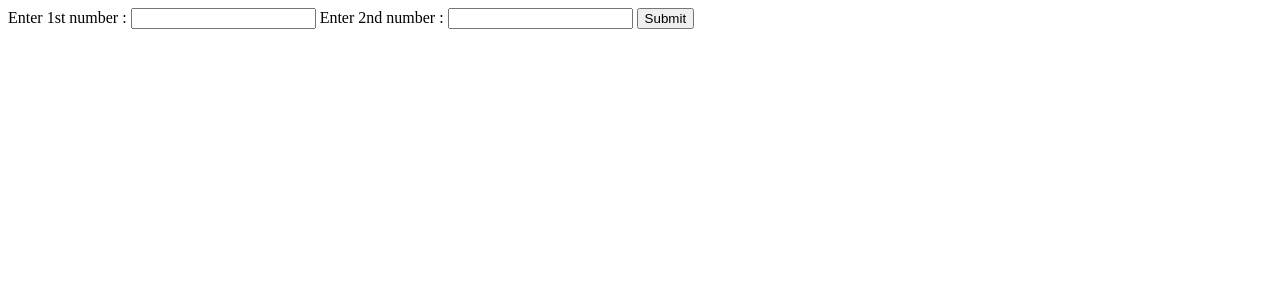
Repository: kparate446/WebApplication
Page: Demo/WebContent/index.html
The author's editor kept a copy of each file at every save. The page is drawn from the files as they stood at one save, then again after the next save.
The browser window is 1280 px wide. The pictures show the whole page.

Above is the page before, as saved 2020-02-13 08:46:53.

After the next save:
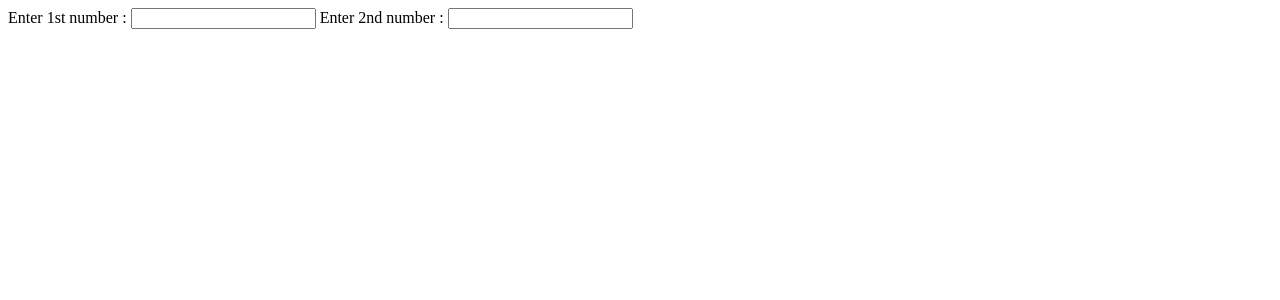
Saved 3 min 29 s later.
--- a/Demo/WebContent/index.html
+++ b/Demo/WebContent/index.html
@@ -7,6 +7,5 @@
 	<form action="">
 		Enter 1st number : <input type="text" name="num1">
 		Enter 2nd number : <input type="text" name="num2">
-		<input type="Submit"
 </body>
 </html>

After the save that followed:
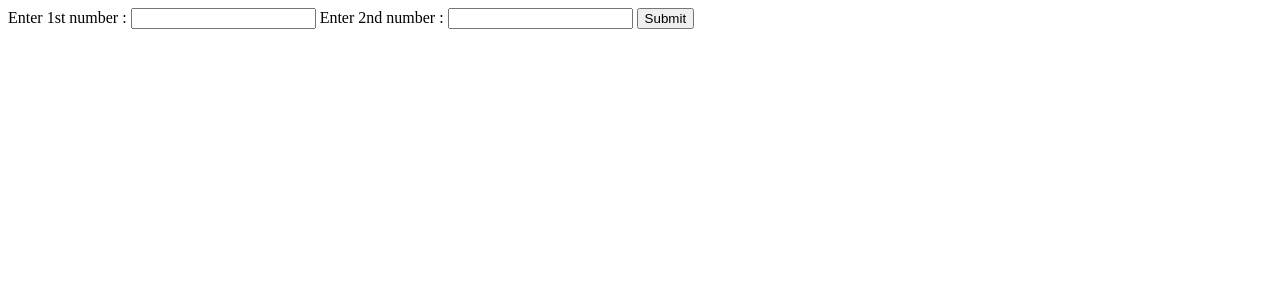
Saved 21 s later.
--- a/Demo/WebContent/index.html
+++ b/Demo/WebContent/index.html
@@ -7,5 +7,6 @@
 	<form action="">
 		Enter 1st number : <input type="text" name="num1">
 		Enter 2nd number : <input type="text" name="num2">
+		<input type="submit">
 </body>
 </html>
